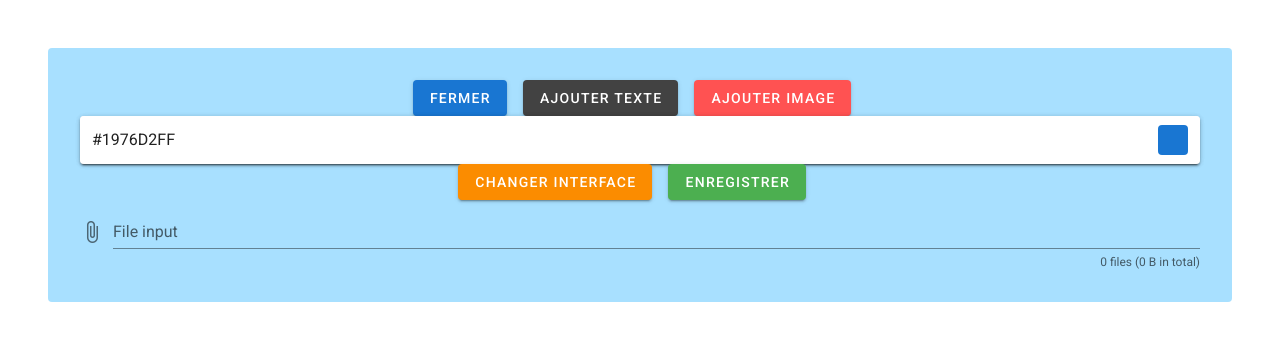
Repository: Hamagistral/BannerApp-Vue
Page: /#/dynamicPage
The author's editor kept a copy of each file at every save. The page is drawn from the files as they stood at one save, then again after the next save.
The browser window is 1280 px wide. The pictures show the whole page.
The project was rebuilt for these pictures with package versions that can differ from the ones it lists, and the page was loaded fresh each time. Also part of the build but not shown: vue.config.js, src/components/WidgetText.vue, src/components/WidgetImage.vue, src/components/Home.vue.

Above is the page before, as saved 2023-02-07 01:47:14.

After the next save:
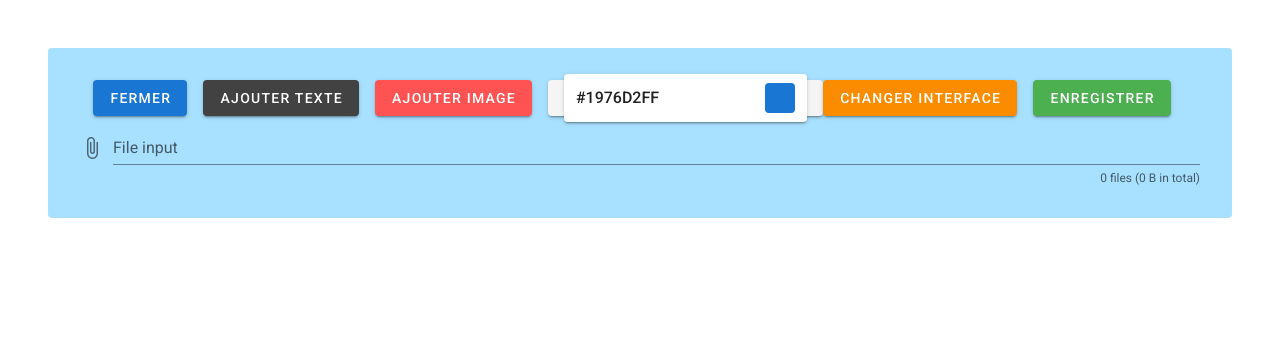
Saved 4 s later.
--- a/src/components/DynamicPage.vue
+++ b/src/components/DynamicPage.vue
@@ -14,7 +14,7 @@
           Ajouter Image
         </v-btn>
 
-        <v-card>
+        <v-btn>
             <v-text-field v-model="color" v-mask="mask" hide-details class="ma-0 pa-0" solo>
               <template v-slot:append>
                 <v-menu v-model="menu" top nudge-bottom="105" nudge-left="16" :close-on-content-click="false">
@@ -29,7 +29,7 @@
                 </v-menu>
               </template>
             </v-text-field>
-        </v-card>
+        </v-btn>
 
         <v-btn color="warning" class="mr-4">
           Changer Interface
